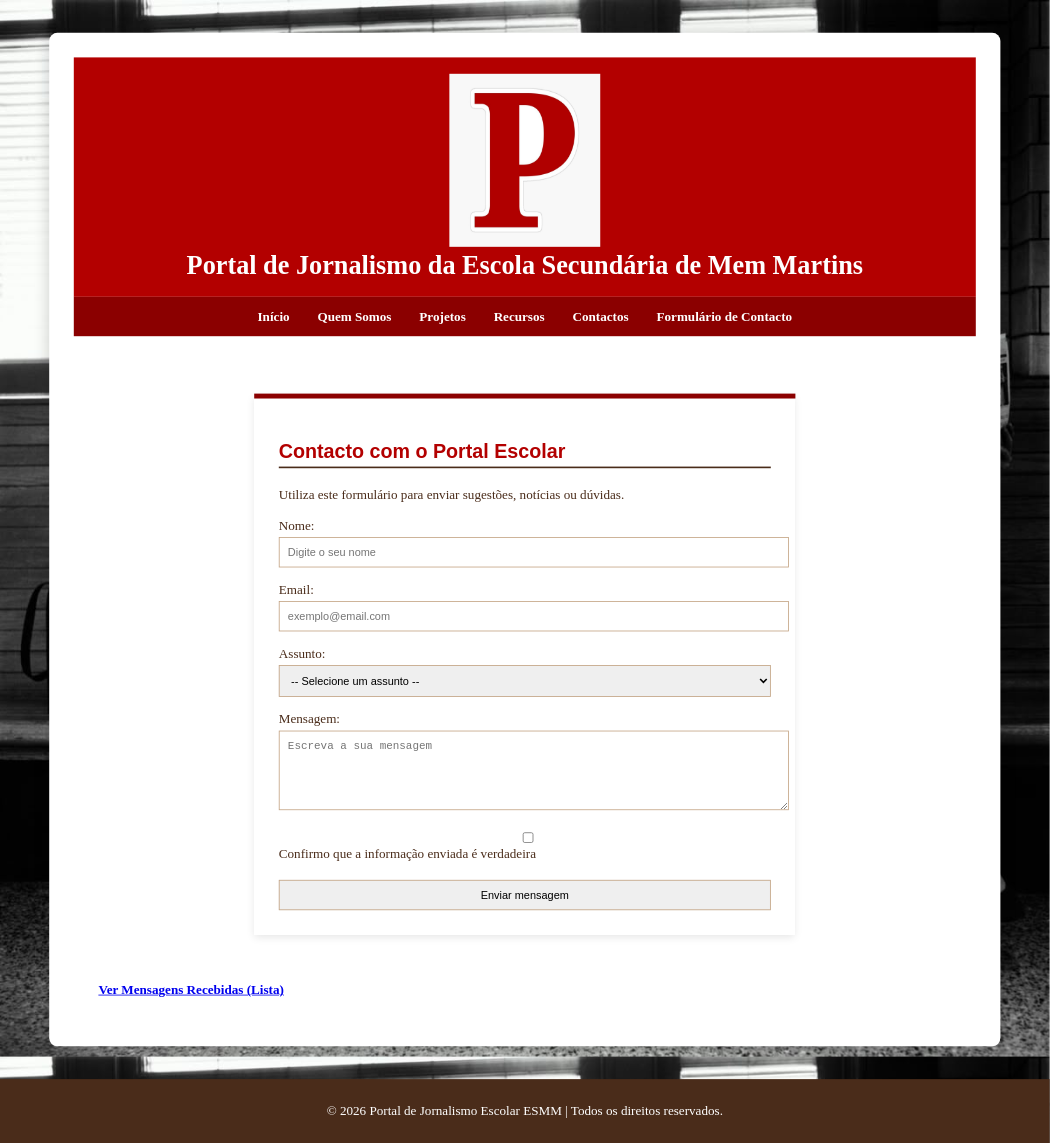
Repository: Sofiampsantos/Portal-de-Jornalismo-Escolar
Page: http://localhost/FormularioContacto/contato.jsp
These files come from the project's save history. The page is drawn as it stood at one moment and after the next save; the edit follows.
The browser window is 1280 px wide. The pictures show the whole page, at 82% of full size.
Backgrounds fixed to the window are drawn as part of the page. Some web fonts or font styles are not loaded; a fallback is used. The page is served by Tomcat 10.

Above is the page before, as saved 2026-05-23 19:16:58.
Console error: TypeError: Cannot set properties of null (setting 'innerText')

After the next save:
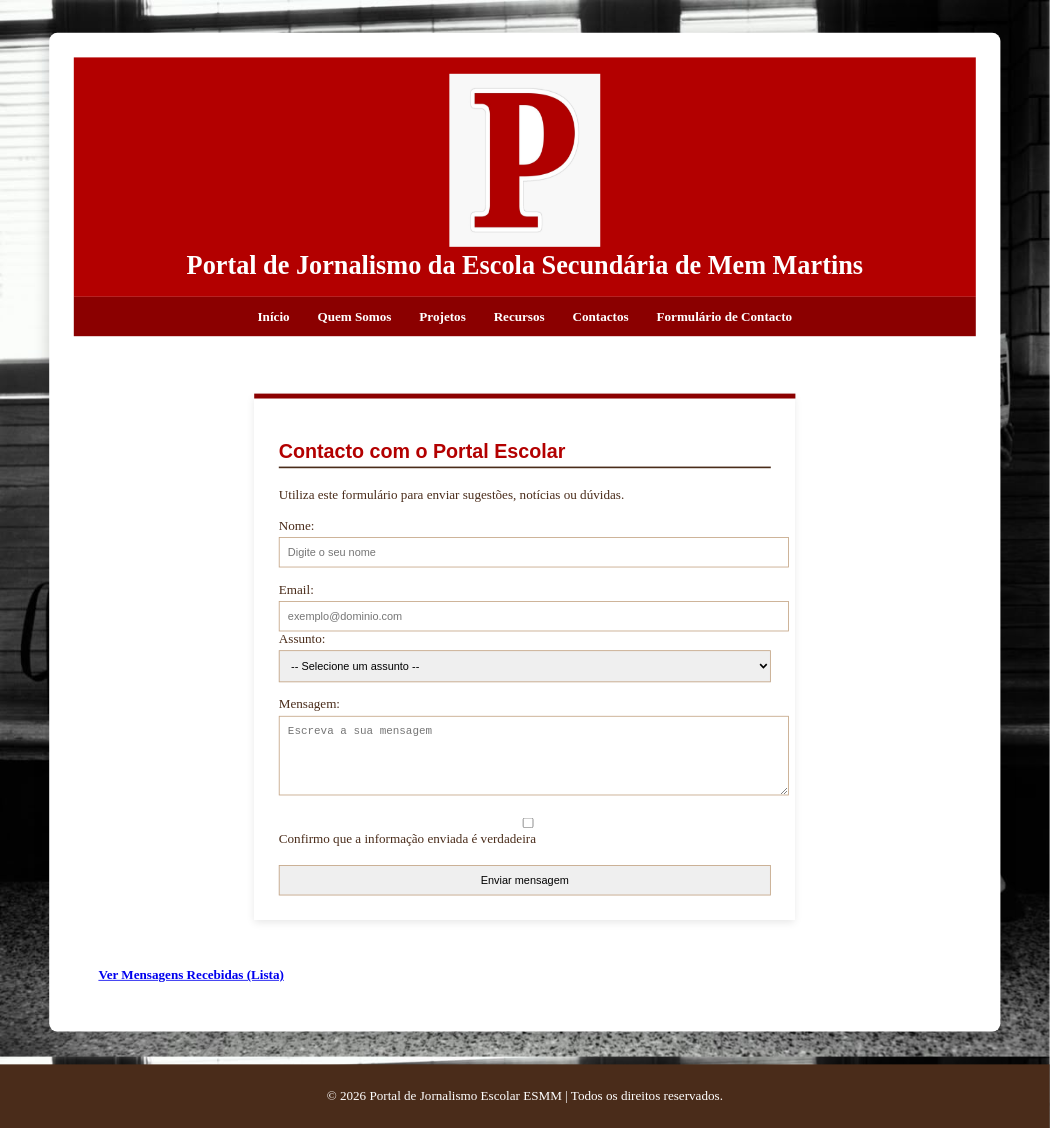
Saved 4 min 11 s later.
--- a/ProjetoProgV2/FormularioContacto/src/main/webapp/contato.jsp
+++ b/ProjetoProgV2/FormularioContacto/src/main/webapp/contato.jsp
@@ -37,8 +37,8 @@
             <label>Nome:</label><br>
             <input type="text" name="nome" placeholder="Digite o seu nome" required><br><br>
 
-            <label>Email:</label><br>
-            <input type="email" name="email" placeholder="exemplo@email.com" required><br><br>
+            <label for="email">Email:</label>
+			<input type="email" id="email" name="email" placeholder="exemplo@dominio.com" required>
 
             <label>Assunto:</label><br>
             <select name="assunto" required>
